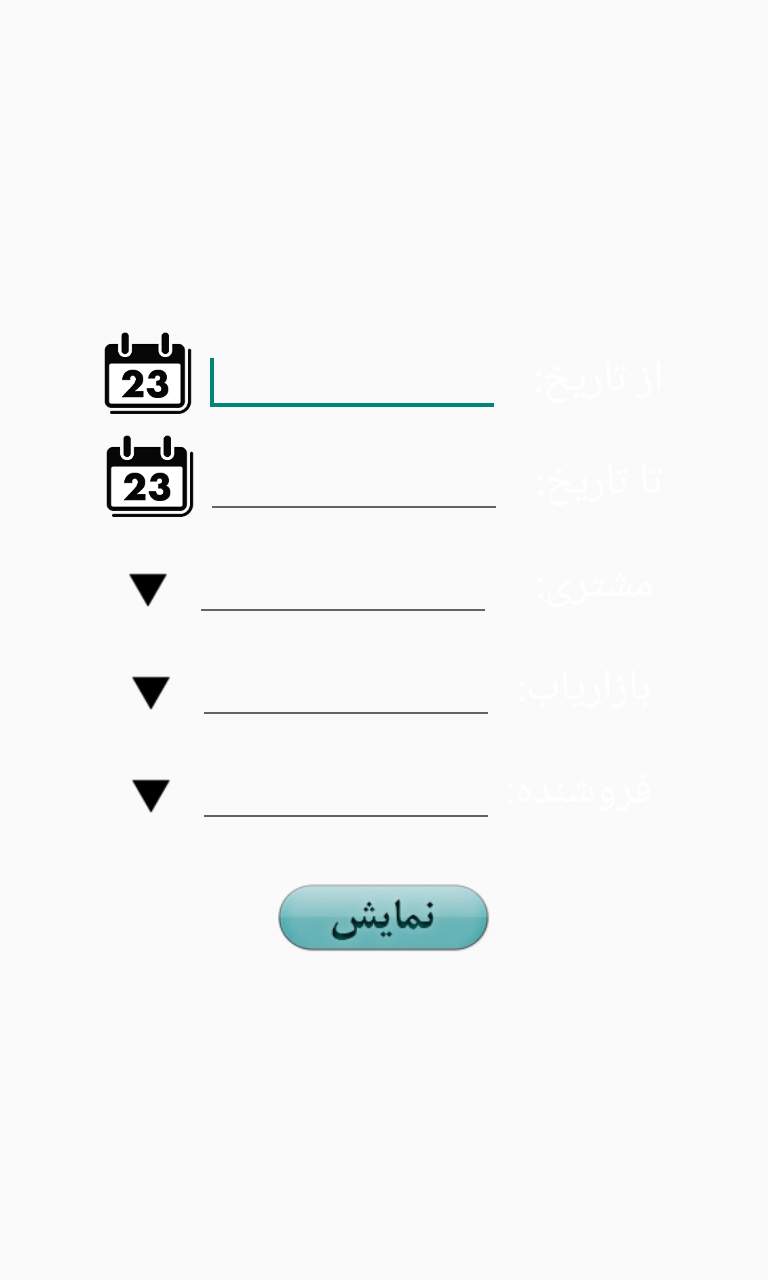
Repository: AtiehPardaz/Reports-Mobile
Layout: Reportsmobile/res/layout/frg_forosh_customer.xml
The author's editor kept a copy of each file at every save. The layout is drawn from the files as they stood at one save, then again after the next save.
It is drawn on a 768 x 1280 px phone screen (xhdpi) without system bars, with theme AppTheme; the app's code is not run.

Above is the layout before, as saved 2015-03-09 14:34:41.

### Reportsmobile/res/layout/frg_forosh_customer.xml
<LinearLayout xmlns:android="http://schemas.android.com/apk/res/android"
    android:layout_width="match_parent"
    android:layout_height="match_parent"
    android:layout_gravity="center"
    android:layout_weight="1"
    android:gravity="center"
    android:orientation="vertical" >

    <LinearLayout
        android:layout_width="wrap_content"
        android:layout_height="wrap_content"
        android:gravity="right" >

        <ImageButton
            android:id="@+id/imgbtn_underline_faktor_forosh"
            android:layout_width="44dp"
            android:layout_height="44dp"
            android:background="@drawable/ic_action_date" />

        <EditText
            android:id="@+id/EditText01"
            android:layout_width="150dp"
            android:layout_height="wrap_content"
            android:layout_gravity="center"
            android:layout_margin="5dp"
            android:inputType="date" >

            <requestFocus />
        </EditText>

        <TextView
            android:id="@+id/TextView01"
            android:layout_width="wrap_content"
            android:layout_height="wrap_content"
            android:layout_gravity="right|center"
            android:gravity="right"
            android:text="از تاریخ:  "
            android:textAppearance="?android:attr/textAppearanceLarge"
            android:textColor="#ffffff" />
    </LinearLayout>

        <LinearLayout
            android:layout_width="wrap_content"
            android:layout_height="wrap_content"
            android:gravity="right" >

            <ImageButton
                android:id="@+id/imgbtn_todate_forosh"
                android:layout_width="44dp"
                android:layout_height="44dp"
                android:background="@drawable/ic_action_date" />

            <EditText
                android:id="@+id/et_todate_forosh"
                android:layout_width="150dp"
                android:layout_height="wrap_content"
                android:layout_gravity="center"
                android:layout_margin="5dp"
                android:inputType="date" />

            <TextView
                android:id="@+id/tv_todate_forosh"
                android:layout_width="wrap_content"
                android:layout_height="wrap_content"
                android:layout_gravity="right|center"
                android:gravity="right"
                android:text="تا تاریخ:  "
                android:textAppearance="?android:attr/textAppearanceLarge"
                android:textColor="#ffffff" />

        </LinearLayout>

        <LinearLayout
            android:layout_width="wrap_content"
            android:layout_height="wrap_content"
            android:gravity="right" >

            <ImageButton
                android:id="@+id/imgbtn_customer_forosh"
                android:layout_width="35dp"
                android:layout_height="35dp"
                android:layout_gravity="center"
                android:background="@drawable/down" />

            <EditText
                android:id="@+id/et__customer_forosh"
                android:layout_width="150dp"
                android:layout_height="wrap_content"
                android:layout_gravity="center"
                android:layout_margin="5dp"
                android:inputType="date" />

            <TextView
                android:id="@+id/tv__customer_forosh"
                android:layout_width="wrap_content"
                android:layout_height="wrap_content"
                android:layout_gravity="right|center"
                android:gravity="right"
                android:text="مشتری:   "
                android:textAppearance="?android:attr/textAppearanceLarge"
                android:textColor="#ffffff" />

        </LinearLayout>

        <LinearLayout
            android:layout_width="wrap_content"
            android:layout_height="wrap_content"
            android:gravity="right" >

            <ImageButton
                android:id="@+id/imgbtn_bazaryab_forosh"
                android:layout_width="35dp"
                android:layout_height="35dp"
                android:layout_gravity="center"
                android:background="@drawable/down" />

            <EditText
                android:id="@+id/et__bazarya_forosh"
                android:layout_width="150dp"
                android:layout_height="wrap_content"
                android:layout_gravity="center"
                android:layout_margin="5dp"
                android:inputType="date" />

            <TextView
                android:id="@+id/tv__bazarya_forosh"
                android:layout_width="wrap_content"
                android:layout_height="wrap_content"
                android:layout_gravity="right|center"
                android:gravity="right"
                android:text="بازاریاب: "
                android:textAppearance="?android:attr/textAppearanceLarge"
                android:textColor="#ffffff" />

        </LinearLayout>

        <LinearLayout
            android:layout_width="wrap_content"
            android:layout_height="wrap_content"
            android:gravity="right" >

            <ImageButton
                android:id="@+id/imgbtn_foroshande_forosh"
               android:layout_width="35dp"
                android:layout_height="35dp"
                android:layout_gravity="center"
                android:background="@drawable/down" />

            <EditText
                android:id="@+id/et__foroshande_forosh"
                android:layout_width="150dp"
                android:layout_height="wrap_content"
                android:layout_gravity="center"
                android:layout_margin="5dp"
                android:inputType="date" />

            <TextView
                android:id="@+id/tv__foroshande_forosh"
                android:layout_width="wrap_content"
                android:layout_height="wrap_content"
                android:layout_gravity="right|center"
                android:gravity="right"
                android:text="فروشنده:"
                android:textAppearance="?android:attr/textAppearanceLarge"
                android:textColor="#ffffff" />

        </LinearLayout>

        <ImageButton
            android:id="@+id/imgbtn_namayesh__customer_forosh"
            android:layout_width="wrap_content"
            android:layout_height="wrap_content"
            android:layout_marginTop="20dp"
            android:background="@drawable/btnnamayesh"
            android:src="@drawable/btn_click" />

    </LinearLayout>

### Reportsmobile/res/drawable/btn_click.xml
<selector xmlns:android="http://schemas.android.com/apk/res/android">
<item android:state_focused="true" android:drawable="@drawable/btnclick"/>
<item android:state_pressed="true" android:drawable="@drawable/btnclick" />

</selector>

Loaded but not shown: Reportsmobile/res/values/styles.xml (common file); Reportsmobile/res/values-v11/styles.xml (common file); Reportsmobile/res/values-v14/styles.xml (common file)

After the next save:
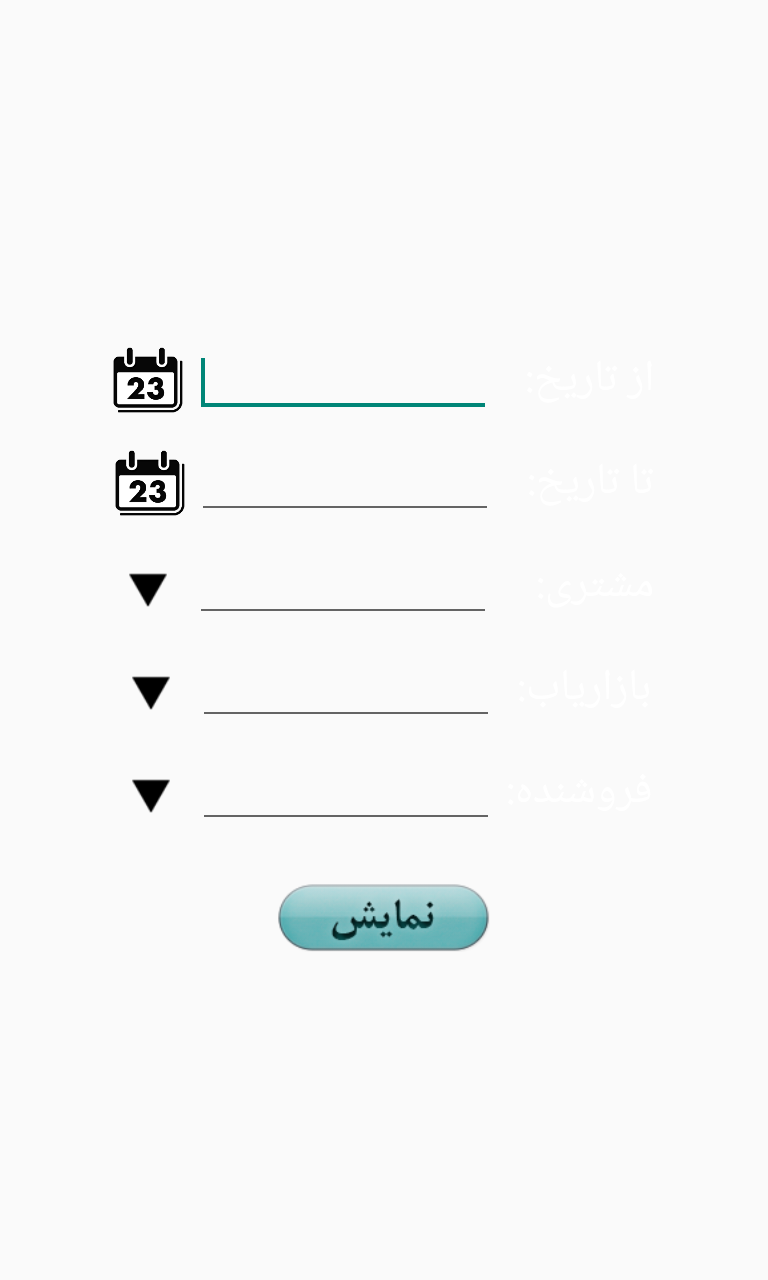
Saved 17 s later.
--- a/Reportsmobile/res/layout/frg_forosh_customer.xml
+++ b/Reportsmobile/res/layout/frg_forosh_customer.xml
@@ -13,8 +13,9 @@
 
         <ImageButton
             android:id="@+id/imgbtn_underline_faktor_forosh"
-            android:layout_width="44dp"
-            android:layout_height="44dp"
+            android:layout_width="35dp"
+                android:layout_height="35dp"
+                android:layout_gravity="center"
             android:background="@drawable/ic_action_date" />
 
         <EditText
@@ -46,8 +47,9 @@
 
             <ImageButton
                 android:id="@+id/imgbtn_todate_forosh"
-                android:layout_width="44dp"
-                android:layout_height="44dp"
+               android:layout_width="35dp"
+                android:layout_height="35dp"
+                android:layout_gravity="center"
                 android:background="@drawable/ic_action_date" />
 
             <EditText
